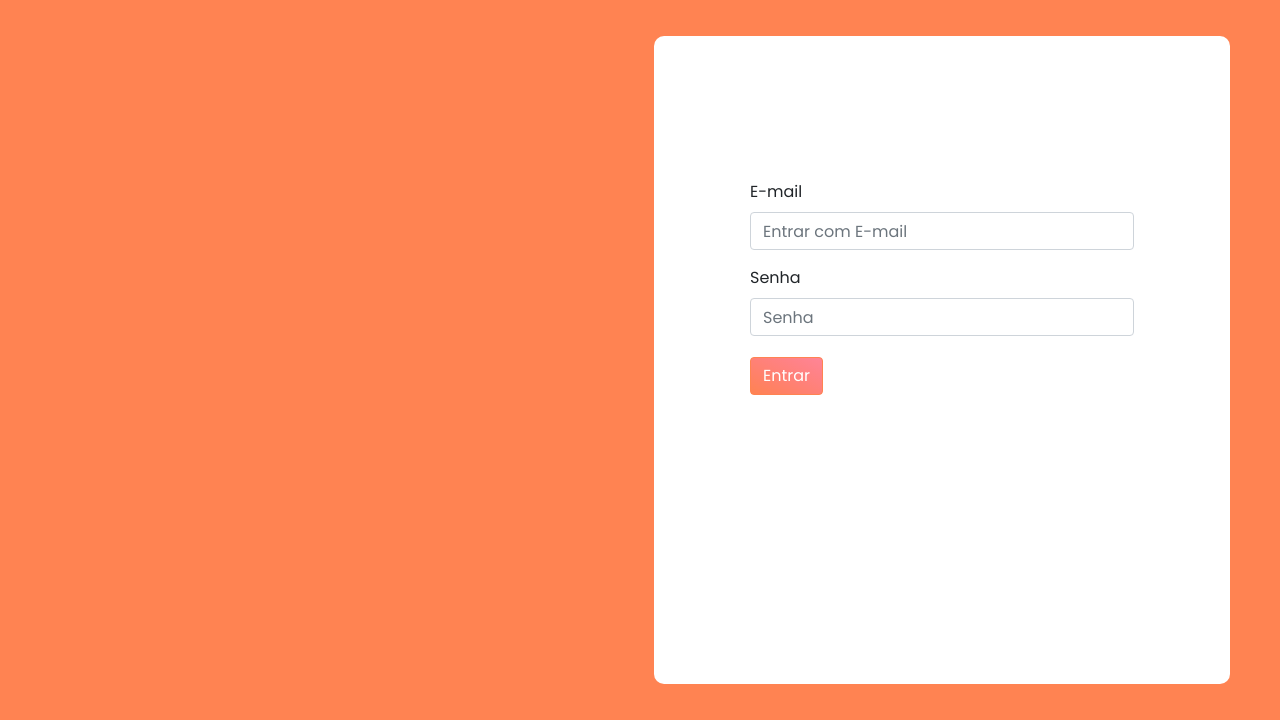
Repository: MilenaMelo/WebSite-PetCheers
Page: /login
These files come from the project's save history. The page is drawn as it stood at one moment and after the next save; the edit follows.
The browser window is 1280 px wide. The pictures show the whole page.
The project was rebuilt for these pictures with package versions that can differ from the ones it lists, and the page was loaded fresh each time.

Above is the page before, as saved 2020-08-26 22:07:08.

### src/main.js
import Vue from 'vue'
import App from './App.vue'
import router from './router'
import FirebaseVue from './firebase'
import './assets/scss/app.scss'

Vue.use(FirebaseVue)
Vue.config.productionTip = false

new Vue({
  router,
  render: h => h(App)
}).$mount('#app')

### src/App.vue
<template>
  <div id="app">
    <!-- <base-spinner/> -->
    <router-view/>
  </div>
</template>

<script>
// import BaseSpinner from './components/global/BaseSpinner'

// export default {
//   components: {
//     BaseSpinner
//   }
// }
</script>

<style lang="scss">
</style>

### src/router/index.js
import Vue from 'vue'
import VueRouter from 'vue-router'

Vue.use(VueRouter)

const routes = [
  {
    path: '/',
    name: 'home',
    component: () => import(/* webpackChunkName: "home" */ '../pages/home/Home')
  },
  {
    path: '/login',
    name: 'login',
    // route level code-splitting
    // this generates a separate chunk (login.[hash].js) for this route
    // which is lazy-loaded when the route is visited.
    component: () => import(/* webpackChunkName: "login" */ '../pages/login/Login')
  }
]

const router = new VueRouter({
  mode: 'history',
  base: process.env.BASE_URL,
  routes
})

export default router

### src/firebase/index.js
// eslint-disable-next-line no-unused-vars
import firebase from 'firebase/app'
import 'firebase/auth'
import 'firebase/storage'
import 'firebase/database'

export const firebaseApp = firebase.initializeApp({
  apiKey: process.env.VUE_APP_API_KEY,
  authDomain: process.env.VUE_APP_AUTH_DOMAIN,
  databaseURL: process.env.VUE_APP_DATABASE_URL,
  projectId: process.env.VUE_APP_PROJECT_ID,
  storageBucket: process.env.VUE_APP_STORAGE_BUCKET,
  messagingSenderId: process.env.VUE_APP_MESSAGING_SENDER_ID,
  appId: process.env.VUE_APP_APP_ID,
  measurementId: process.env.VUE_APP_MEASUREMENT_ID
})

export default function install (Vue) {
  Object.defineProperty(Vue.prototype, '$firebase', {
    get () {
      return firebaseApp
    }
  })
}

### src/assets/scss/app.scss
@import url('https://fonts.googleapis.com/css?family=Poppins');
@import '../../../node_modules/bootstrap/dist/css/bootstrap.css';
@import '../../../node_modules/@fortawesome/fontawesome-free/css/all.css';
@import '_variables';

* {
  font-family: 'Avenir', 'Poppins', sans-serif;
}


.btn-primary {
  margin-top: 5px;
  background-image: linear-gradient(to right top, #ff8352, #ff8165, #ff8177, #ff8287, #ff8597);
  border-color: $orange;
  background-color: $orange;
  &:hover {
    background-color: $orange;
  }
}

### src/pages/login/Login.vue
<template>
  <div class="login">
    <div class="login-left">
    </div>
    <div class="login-right">
      <!-- The @submit.prevent="doLogin()" makes to active the function listened to get the informations in firebase -->
      <form @submit.prevent="doLogin()" class="form-login">
        <div class="form-group">
          <label for="exampleInputEmail1">E-mail</label>
          <!-- The v-model directive will call the type 'email' and 'password'-->
          <input
            required
            type="email"
            v-model="email"
            class="form-control"
            id="exampleInputEmail1"
            aria-describedby="emailHelp"
            placeholder="Entrar com E-mail"
          />
          <small
            id="emailHelp"
            class="form-text text-muted"/>
        </div>
        <div class="form-group">
          <label for="exampleInputPassword1">Senha</label>
          <input
            required
            type="password"
            v-model="password"
            class="form-control"
            id="exampleInputPassword1"
            placeholder="Senha"
          />
        </div>
        <!-- <div class="form-check">
          <input type="checkbox" class="form-check-input" id="exampleCheck1" />
          <label class="form-check-label" for="exampleCheck1">Lembre de mim</label>
        </div> -->
        <button type="submit" class="btn btn-primary">Entrar</button>
      </form>
    </div>
  </div>
</template>

<script>
// Here the method is called for an action, passing the data like variables
// And to pass the informations (variables) is necessary a directive: v-model as attribute
// of the input (HTML)
export default {
  name: 'Login',
  data: () => {
    return {
      email: '',
      password: ''
    }
  },
  methods: {
    // Async mMethod because has await the action of the auth()
    async doLogin () {
      // Use the firebase variable to authenticate by calling the auth(), authenticate method
      // signInWithEmailAndPassword() is a method
      // So, configure the authentication page in Firebase database and your
      const { email, password } = this

      try {
        const res = await this.$firebase.auth().signInWithEmailAndPassword(email, password)
        // variable window.uid to know if is logged
        window.uid = res.user.uid
        // redirect to Home page route
        this.$router.push({ name: 'home' })
      } catch (err) {
        console.log(err)
      }
    }
  }
}
</script>

<style lang="scss" scoped>
.login {
  display: flex;
  justify-content: space-between;
  align-items: center;
  height: 100vh;
  background-color: var(--orange);
  padding-right: 50px;
  padding-left: 50px;
}
.login-right {
  display: flex;
  justify-content: center;
  align-items: center;
  background-color: #ffffff;
  width: 45vw;
  height: 90vh;
  border-radius: 10px;
}
.form-login {
  width: 30vw;
  height: 50vh;
}
</style>

### src/assets/scss/_variables.scss
$orange: #FF8352 !important;
$pink: #FF8597 !important;
$salmon: #C17D75 !important;
$brown: #8D6E63 !important;
$green: #558B2F !important;
$grey: #EDE9D0 !important;

:root {
    --orange: #{$orange};
    --pink: #{$pink};
    --salmon: #{$salmon};
    --brown: #{$brown};
    --green: #{$green};
    --grey: #{$grey};
  }

Loaded but not shown: public/index.html (common file)

After the next save:
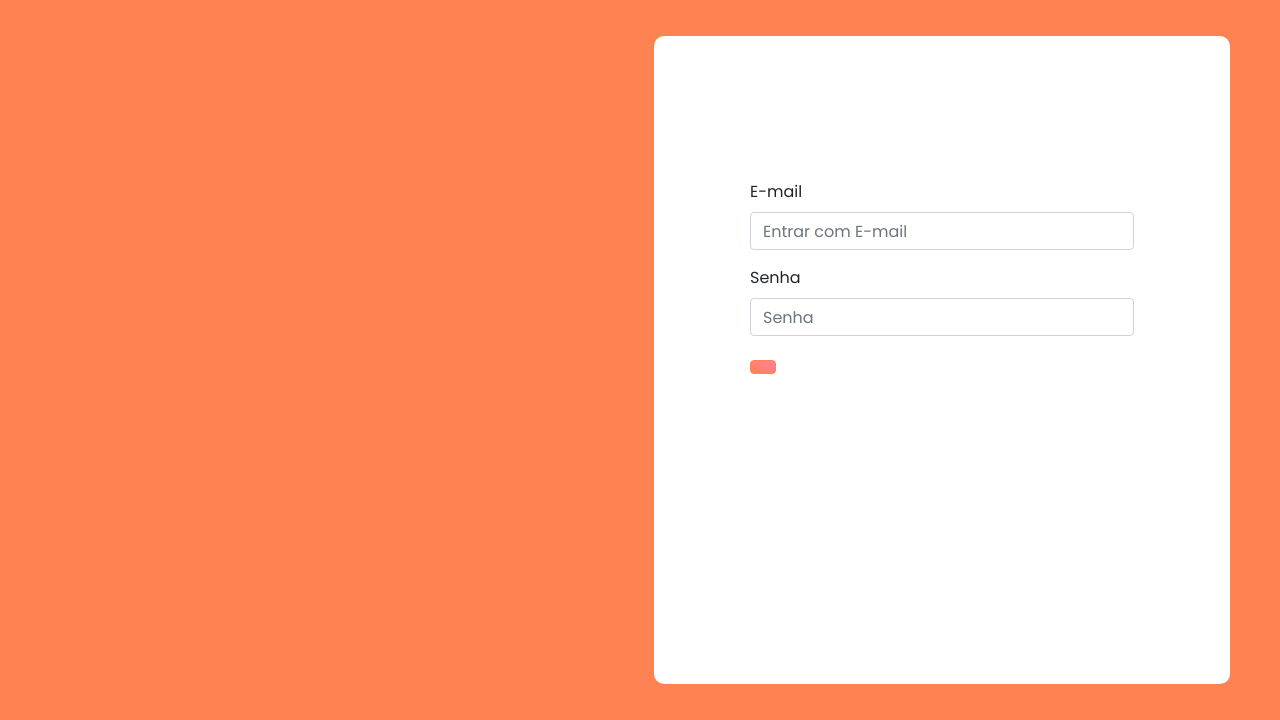
Saved 12 min 0 s later.
--- a/src/pages/login/Login.vue
+++ b/src/pages/login/Login.vue
@@ -36,7 +36,15 @@
           <input type="checkbox" class="form-check-input" id="exampleCheck1" />
           <label class="form-check-label" for="exampleCheck1">Lembre de mim</label>
         </div> -->
-        <button type="submit" class="btn btn-primary">Entrar</button>
+        <button type="submit" class="btn btn-primary">
+          <template v-if="loding">
+            <i class="fa fa-paw"></i>
+          </template>
+          <template v-if="loding">
+            Entrar
+            <i class="fa fa-paw"></i>
+          </template>
+        </button>
       </form>
     </div>
   </div>
